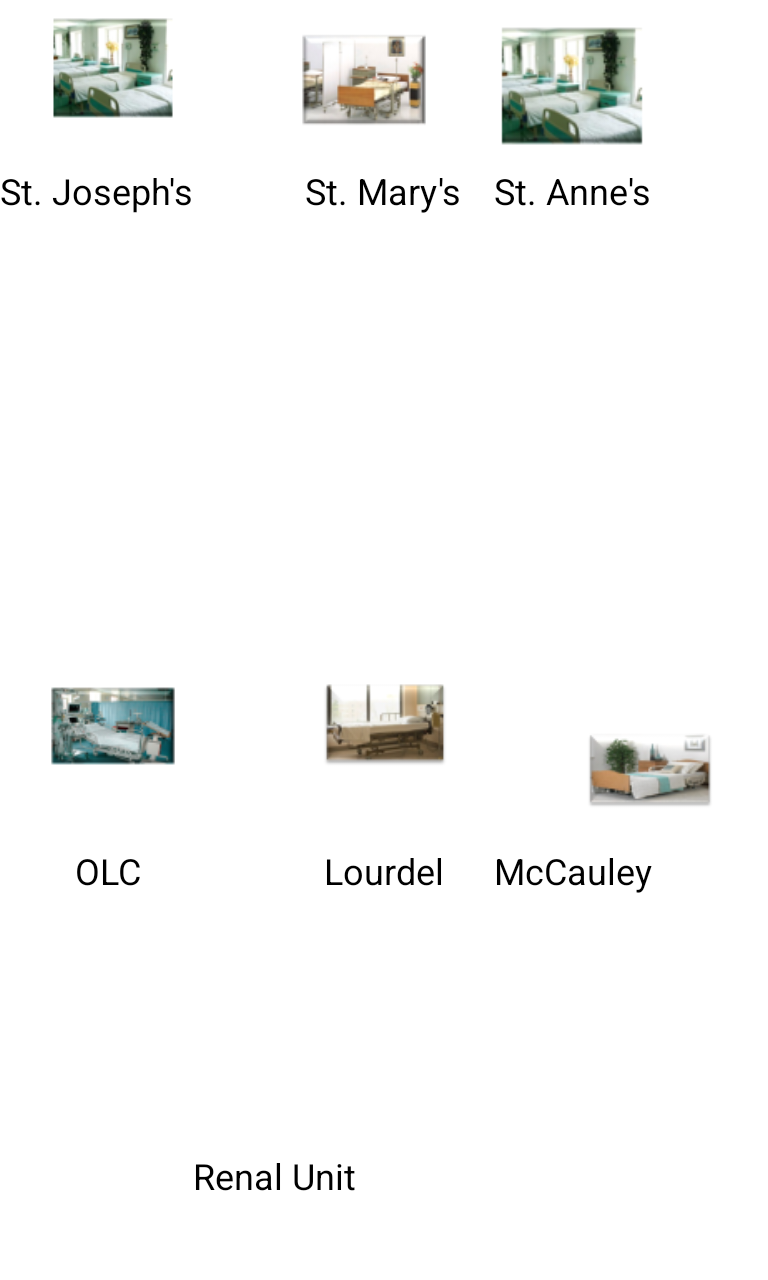
Repository: erwasambo/greendevelopment
Layout: GreenDevelopment/NASCuisine/res/layout/patientdash.xml
These files come from the project's save history. The layout is drawn as it stood at one moment and after the next save; the edit follows.
It is drawn on a 768 x 1280 px phone screen (xhdpi) without system bars, with theme AppTheme; the app's code is not run.

Above is the layout before, as saved 2013-12-03 04:39:04.

### GreenDevelopment/NASCuisine/res/layout/patientdash.xml
<?xml version="1.0" encoding="utf-8"?>
<RelativeLayout xmlns:android="http://schemas.android.com/apk/res/android"
    android:layout_width="match_parent"
    android:layout_height="match_parent" >

    <TextView
        android:id="@+id/textView2"
        android:layout_width="wrap_content"
        android:layout_height="wrap_content"
        android:layout_alignBaseline="@+id/textView1"
        android:layout_alignBottom="@+id/textView1"
        android:layout_centerHorizontal="true"
        android:text="@string/stmary"
        android:textAppearance="?android:attr/textAppearanceMedium" />

    <TextView
        android:id="@+id/textView7"
        android:layout_width="wrap_content"
        android:layout_height="wrap_content"
        android:layout_alignParentBottom="true"
        android:layout_marginBottom="40dp"
        android:layout_toRightOf="@+id/textView1"
        android:text="@string/renal"
        android:textAppearance="?android:attr/textAppearanceMedium" />

    <TextView
        android:id="@+id/textView4"
        android:layout_width="wrap_content"
        android:layout_height="wrap_content"
        android:layout_above="@+id/textView7"
        android:layout_alignRight="@+id/textView1"
        android:layout_marginBottom="128dp"
        android:layout_marginRight="26dp"
        android:text="@string/olc"
        android:textAppearance="?android:attr/textAppearanceMedium" />

    <TextView
        android:id="@+id/textView5"
        android:layout_width="wrap_content"
        android:layout_height="wrap_content"
        android:layout_alignBaseline="@+id/textView4"
        android:layout_alignBottom="@+id/textView4"
        android:layout_centerHorizontal="true"
        android:text="@string/lourdel"
        android:textAppearance="?android:attr/textAppearanceMedium" />

    <TextView
        android:id="@+id/textView1"
        android:layout_width="wrap_content"
        android:layout_height="wrap_content"
        android:layout_alignParentLeft="true"
        android:layout_alignParentTop="true"
        android:layout_marginTop="83dp"
        android:text="@string/stjoseph"
        android:textAppearance="?android:attr/textAppearanceMedium" />

    <TextView
        android:id="@+id/textView6"
        android:layout_width="wrap_content"
        android:layout_height="wrap_content"
        android:layout_alignBaseline="@+id/textView5"
        android:layout_alignBottom="@+id/textView5"
        android:layout_alignRight="@+id/textView3"
        android:text="@string/mccauley"
        android:textAppearance="?android:attr/textAppearanceMedium" />

    <ImageView
        android:id="@+id/imageView1"
        android:layout_width="80dp"
        android:layout_height="80dp"
        android:layout_above="@+id/textView2"
        android:layout_alignRight="@+id/textView1"
        android:layout_marginBottom="15dp"
        android:src="@drawable/joseph" />

    <ImageView
        android:id="@+id/imageView2"
        android:layout_width="80dp"
        android:layout_height="80dp"
        android:layout_alignParentTop="true"
        android:layout_alignRight="@+id/textView5"
        android:src="@drawable/mary" />

    <TextView
        android:id="@+id/textView3"
        android:layout_width="wrap_content"
        android:layout_height="wrap_content"
        android:layout_alignBaseline="@+id/textView2"
        android:layout_alignBottom="@+id/textView2"
        android:layout_marginLeft="16dp"
        android:layout_toRightOf="@+id/textView2"
        android:text="@string/stanne"
        android:textAppearance="?android:attr/textAppearanceMedium" />

    <ImageView
        android:id="@+id/imageView3"
        android:layout_width="80dp"
        android:layout_height="80dp"
        android:layout_above="@+id/textView3"
        android:layout_alignRight="@+id/textView3"
        android:src="@drawable/joseph" />

    <ImageView
        android:id="@+id/imageView4"
        android:layout_width="80dp"
        android:layout_height="80dp"
        android:layout_above="@+id/textView4"
        android:layout_alignRight="@+id/textView1"
        android:layout_marginBottom="20dp"
        android:src="@drawable/olc" />

    <ImageView
        android:id="@+id/imageView5"
        android:layout_width="80dp"
        android:layout_height="80dp"
        android:layout_alignLeft="@+id/textView2"
        android:layout_alignTop="@+id/imageView4"
        android:src="@drawable/lourdel" />

    <ImageView
        android:id="@+id/imageView6"
        android:layout_width="80dp"
        android:layout_height="80dp"
        android:layout_alignLeft="@+id/textView6"
        android:layout_alignTop="@+id/imageView5"
        android:layout_marginLeft="38dp"
        android:layout_marginTop="23dp"
        android:src="@drawable/mccauley" />

</RelativeLayout>

### GreenDevelopment/NASCuisine/res/values/strings.xml
<?xml version="1.0" encoding="utf-8"?>
<resources>

    <string name="app_name">NAS Cuisine</string>
     <string name="app_namelogin">NAS Cuisine - Log in</string>




    <string name="action_settings">Settings</string>
    <string name="activity_scrollview">ScrollView</string>
    <string name="activity_listview">ListView</string>
    <string name="activity_gridview">GridView</string>
    <string name="activity_webview">WebView</string>
    <string name="activity_fragment_tabs">Fragments + Tabs</string>
    <string name="activity_fragment_tabs_vp">Fragments + Tabs + ViewPager</string>
    <string name="pref_title_stick_container">Stick layer to</string>
    <string name="pref_title_show_shadow">Show shadow</string>
    <string name="pref_title_show_offset">Closed offset</string>
    <string name="open_button_container">Open</string>
    <string name="close_button_container">Close</string>
	<string name="title_activity_main">PayPal Access</string>
    <string name="title_activity_login">Login</string>
    <string name="btn_login">Login with PayPal</string>
    <string name="progress_loading_title">Loading&#8320;</string>
    <string name="progress_loading_msg">Login is possible in a few seconds</string>
    <string name="toast_login_ok">Logged in</string>
    <string name="toast_login_failed">Login failed</string>
    <string name="login_description">This enables the user to use his PayPal credentials to login. Thus he doesn\'t have to create yet another account and remember yet another password.</string>
	<string name="login_oauth">OAuth 2.0</string>
	<string name="login_openid">OpenID</string>

    <string name="swipe_label">Swipe!</string>
    <string name="swipe_left_label">Swipe left!</string>
    <string name="swipe_right_label">Swipe right!</string>
    <string name="swipe_up_label">Swipe up!</string>
    <string name="swipe_down_label">Swipe down!</string>

    <string name="label_right">Right</string>
    <string name="label_left">Left</string>
    <string name="label_middle">Middle</string>
    <string name="label_top">Top</string>
    <string name="label_bottom">Bottom</string>

    <string name="not_applicable">n/a</string>

    <string-array name="pref_list_titles">
        <item>@string/label_right</item>
        <item>@string/label_middle</item>
        <item>@string/label_left</item>
        <item>@string/label_top</item>
        <item>@string/label_bottom</item>
    </string-array>
    <string-array name="pref_list_values">
        <item>right</item>
        <item>middle</item>
        <item>left</item>
        <item>top</item>
        <item>bottom</item>
    </string-array>

    <string name="pref_go">Go!</string>

    <string name="no_media_warning">Storage Media not present</string>
    <string name="no_media_hint">Sharing the storage media with a PC can make it inaccessible</string>
    <string name="open_failed">Unable to open document</string>
    <string name="cancel">Cancel</string>
    <string name="search_backwards">Search backwards</string>
    <string name="search_forwards">Search forwards</string>
    <string name="search_document">Search document</string>
    <string name="picker_title">NAS Cuisine</string>
    <string name="outline_title">Table of Contents</string>
    <string name="enter_password">Enter Password</string>
    <string name="text_not_found">Text not found</string>
    <string name="searching_">Searching...</string>
    <string name="link_control">Link highlighting and enabling</string>
    <string name="no_further_occurences_found">No further occurences found</string>
    <string name="gen_pdf">Generate pdf</string>
    <string name="view_pdf">View pdf</string>
    <string name="title_activity_main">MainActivity</string>
    <string name="progress_title">Generateing pdf...</string>

    <string name="taliiafrica">Julisha</string>
	<string name="main">Julisha</string>
	<string name="weather">Check Weather</string>
	<string name="rescue">Emergency Rescue</string>
	<string name="exit">Exit</string>
	<string name="srtsail">Begin Sailing</string>
	<string name="stpsail">End Sailing</string>
	<string name="chkmap">Check Map</string>
	<string name="sets">Settings</string>
	<string name="vsltype">Vessel Type:</string>
	<string name="vid">Vessel Id:</string>
	<string name="vslname">Vessel Name:</string>
	<string name="wtrbody">Water Body:</string>
	<string name="desc">General Description:</string>
	<string name="sv">Save</string>
	<string name="lgout">Logout</string>
	<string name="sail">Sailing</string>
	<string name="myacc">My Account</string>
	<string name="date">Date:</string>
	<string name="time">Time:</string>
	<string name="initloc">Initial Location:</string>
	<string name="Destination">Destination:</string>
	<string name="onboard">Number Onboard:</string>
	<string name="act">Activity:</string>
	<string name="bgnSail">Begin Sailing</string>
	<string name="currLoc">Current Location:</string>
	<string name="endsail">End Sailing</string>
	<string name="prevloc">Previous Location</string>
	<string name="desc2">Image2</string>
	<string name="login">Login</string>
	<string name="email">Email:</string>
	<string name="password">Password:</string>
	<string name="newtojulisharegister">New to Julisha? Register here</string>
	<string name="registeracc">Register New Account</string>
	<string name="fullname">Full Name</string>
	<string name="logout">Logout</string>
	<string name="briefdesc">Brief Description:</string>
	<string name="safe">Safe</string>
	<string name="minor">Minor Problem</string>
	<string name="danger">Danger</string>
	<string name="xtremedanger">Extreme Danger</string>
	<string name="signup">Sign up</string>
	<string name="donthaveacc">Don\'t have an account yet? </string>
	<string name="forgotpwd">Forgot Password</string>
	<string name="firstname">First Name</string>
	<string name="othernames">Other Names</string>
	<string name="staffno">Staff Number</string>
	<string name="cnfpassword">Confirm Password</string>
	<string name="iagree">I agree to</string>
	<string name="termsofuse">terms ofuse</string>
	<string name="perosnstoserve">Please select persons to serve</string>
	<string name="patients">Patients</string>
	<string name="func">Function</string>
	<string name="hospstaff">Hospital Staff</string>
	<string name="admin">Admin</string>
	<string name="mealord">Meal Order</string>
	<string name="drystore">Dry Store</string>
	<string name="salessummary">Sales Summary</string>
	<string name="mealsum">Meals Summary</string>
	<string name="transf">Transfer Vouchers</string>
	<string name="delivbook">Delivery Book</string>
	<string name="laundbook">Laundry Book</string>
	<string name="stjoseph">St. Joseph\'s</string>
	<string name="stmary">St. Mary\'s</string>
	<string name="stanne">St. Anne\'s</string>
	<string name="olc">OLC</string>
	<string name="lourdel">Lourdel</string>
	<string name="mccauley">McCauley</string>
	<string name="renal">Renal Unit</string>




</resources>

Loaded but not shown: GreenDevelopment/NASCuisine/res/values/styles.xml (common file); GreenDevelopment/NASCuisine/res/values-v11/styles.xml (common file); GreenDevelopment/NASCuisine/res/values-v14/styles.xml (common file)

After the next save:
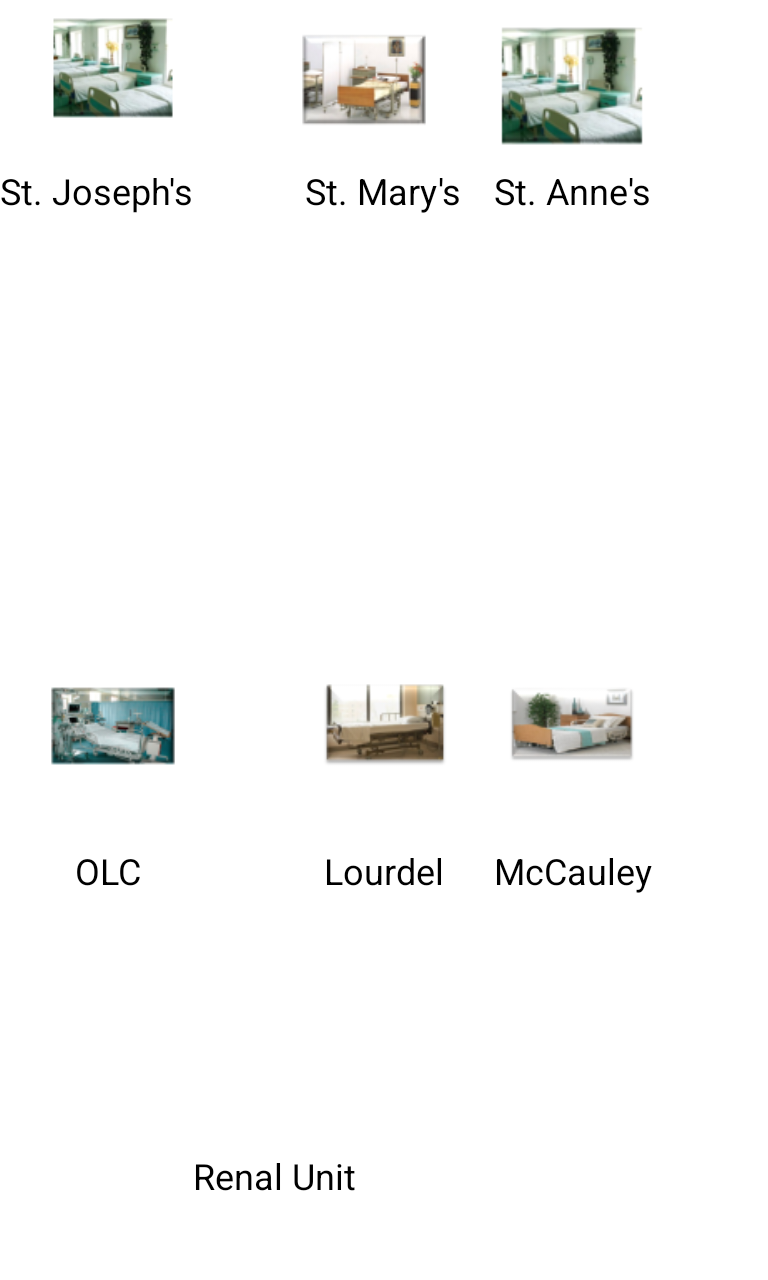
Saved 78 s later.
--- a/GreenDevelopment/NASCuisine/res/layout/patientdash.xml
+++ b/GreenDevelopment/NASCuisine/res/layout/patientdash.xml
@@ -121,10 +121,8 @@
         android:id="@+id/imageView6"
         android:layout_width="80dp"
         android:layout_height="80dp"
-        android:layout_alignLeft="@+id/textView6"
+        android:layout_alignRight="@+id/textView6"
         android:layout_alignTop="@+id/imageView5"
-        android:layout_marginLeft="38dp"
-        android:layout_marginTop="23dp"
         android:src="@drawable/mccauley" />
 
 </RelativeLayout>
